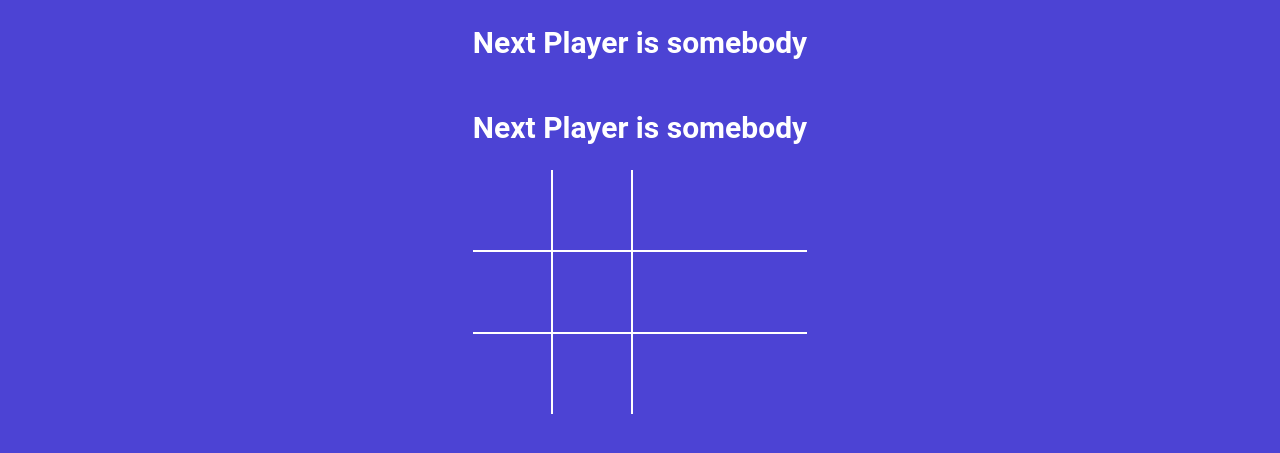
Repository: NoobAjay/tictactoe-game
Page: /
An editor plug-in stored every save of this project. The page is shown before and after the next save, followed by the edit.
The browser window is 1280 px wide. The pictures show the whole page.
The project was rebuilt for these pictures with package versions that can differ from the ones it lists, and the page was loaded fresh each time. Also part of the build but not shown: vite.config.js.

Above is the page before, as saved 2023-03-22 11:14:40.

### src/App.jsx
import './styles.scss';
// import Square from './components/Square';
import Board from './components/Board';

function App() {
  return (
    <div className="app">
      <h2>Next Player is somebody</h2>
      <Board />
    </div>
  );
}

export default App;

### src/components/Board.jsx
import React from 'react';
import Square from './Square';

import { useState } from 'react';

const Board = () => {
  const [squares, setSquares] = useState(Array(9).fill(null));
  const [isXNext, setIsXNext] = useState(false);

  const handleSquareClick = clickedPosition => {
    if (squares[clickedPosition]) {
      return;
    }
    setSquares(currentSquares => {
      return currentSquares.map((squareValue, position) => {
        if (clickedPosition === position) {
          return isXNext ? 'X' : '0';
        }
        return squareValue;
      });
    });

    setIsXNext(currentIsXNext => !currentIsXNext);
  };

  const renderSquare = position => {
    return (
      <Square
        value={squares[position]}
        onClick={() => handleSquareClick(position)}
      />
    );
  };
  return (
    <div className="board">
      <h2>Next Player is somebody</h2>
      <div className="board-row">
        {renderSquare(0)}
        {renderSquare(1)}
        {renderSquare(2)}
      </div>
      <div className="board-row">
        {renderSquare(3)}
        {renderSquare(4)}
        {renderSquare(5)}
      </div>
      <div className="board-row">
        {renderSquare(6)}
        {renderSquare(7)}
        {renderSquare(8)}
      </div>
    </div>
  );
};

export default Board;

Loaded but not shown: index.html (common file); src/main.jsx (common file); src/styles.scss (common file); src/components/Square.jsx (common file)

After the next save:
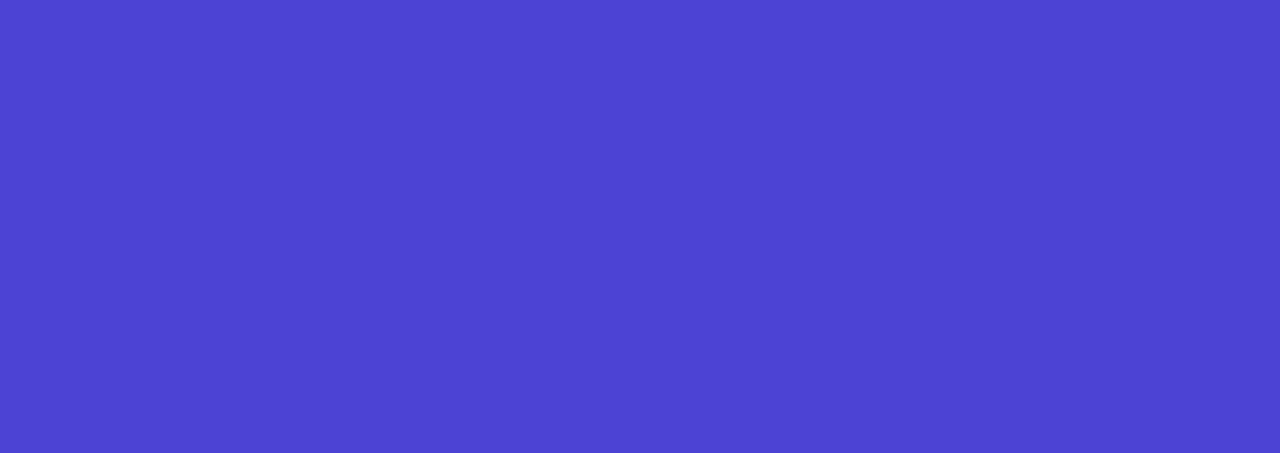
Console error: ReferenceError: useSate is not defined
Saved 6 min 30 s later.
--- a/src/App.jsx
+++ b/src/App.jsx
@@ -1,8 +1,27 @@
 import './styles.scss';
-// import Square from './components/Square';
+import { useState } from 'react';
 import Board from './components/Board';
 
 function App() {
+  const [squares, setSquares] = useSate(Array(9).fill(null));
+  const [isXNext, setIsXNext] = useState(false);
+
+  const handleSquareClick = clickedPosition => {
+    if (squares[clickedPosition]) {
+      return;
+    }
+    setSquares(currentSquares => {
+      return currentSquares.map((squareValue, position) => {
+        if (clickedPosition === position) {
+          return isXNext ? 'X' : '0';
+        }
+        return squareValue;
+      });
+    });
+
+    setIsXNext(currentIsXNext => !currentIsXNext);
+  };
+
   return (
     <div className="app">
       <h2>Next Player is somebody</h2>

After the 4 saves that followed:
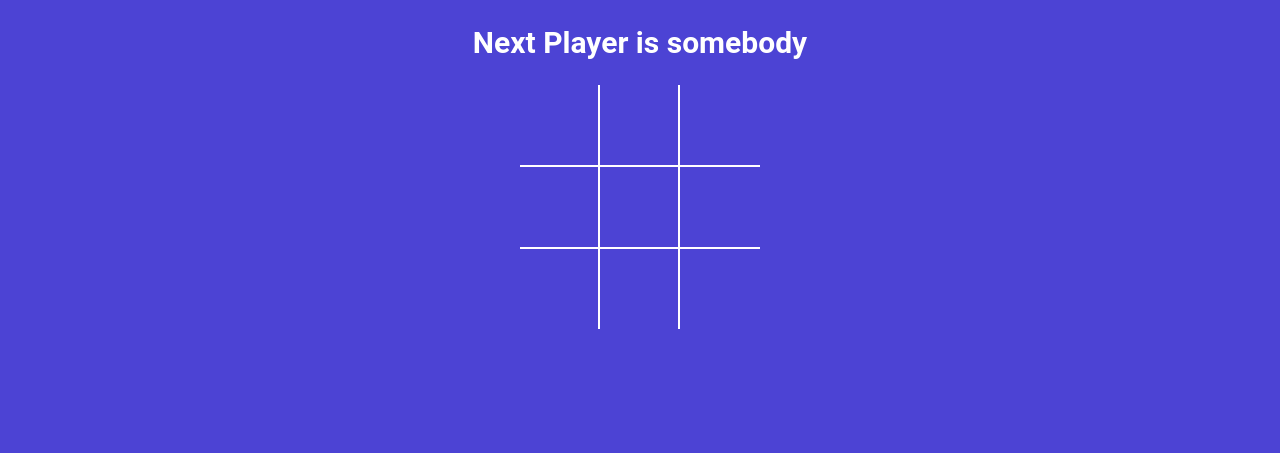
The error is gone.
The 4 saves are shown as one change because 3 left the picture as it was.
The last was saved 2 min 36 s later.
--- a/src/App.jsx
+++ b/src/App.jsx
@@ -3,7 +3,7 @@
 import Board from './components/Board';
 
 function App() {
-  const [squares, setSquares] = useSate(Array(9).fill(null));
+  const [squares, setSquares] = useState(Array(9).fill(null));
   const [isXNext, setIsXNext] = useState(false);
 
   const handleSquareClick = clickedPosition => {
@@ -25,7 +25,7 @@
   return (
     <div className="app">
       <h2>Next Player is somebody</h2>
-      <Board />
+      <Board squares={squares} handleSquareClick={handleSquareClick} />
     </div>
   );
 }
--- a/src/components/Board.jsx
+++ b/src/components/Board.jsx
@@ -1,28 +1,7 @@
 import React from 'react';
 import Square from './Square';
 
-import { useState } from 'react';
-
-const Board = () => {
-  const [squares, setSquares] = useState(Array(9).fill(null));
-  const [isXNext, setIsXNext] = useState(false);
-
-  const handleSquareClick = clickedPosition => {
-    if (squares[clickedPosition]) {
-      return;
-    }
-    setSquares(currentSquares => {
-      return currentSquares.map((squareValue, position) => {
-        if (clickedPosition === position) {
-          return isXNext ? 'X' : '0';
-        }
-        return squareValue;
-      });
-    });
-
-    setIsXNext(currentIsXNext => !currentIsXNext);
-  };
-
+const Board = ({ squares, handleSquareClick }) => {
   const renderSquare = position => {
     return (
       <Square
@@ -33,7 +12,6 @@ const Board = () => {
   };
   return (
     <div className="board">
-      <h2>Next Player is somebody</h2>
       <div className="board-row">
         {renderSquare(0)}
         {renderSquare(1)}
